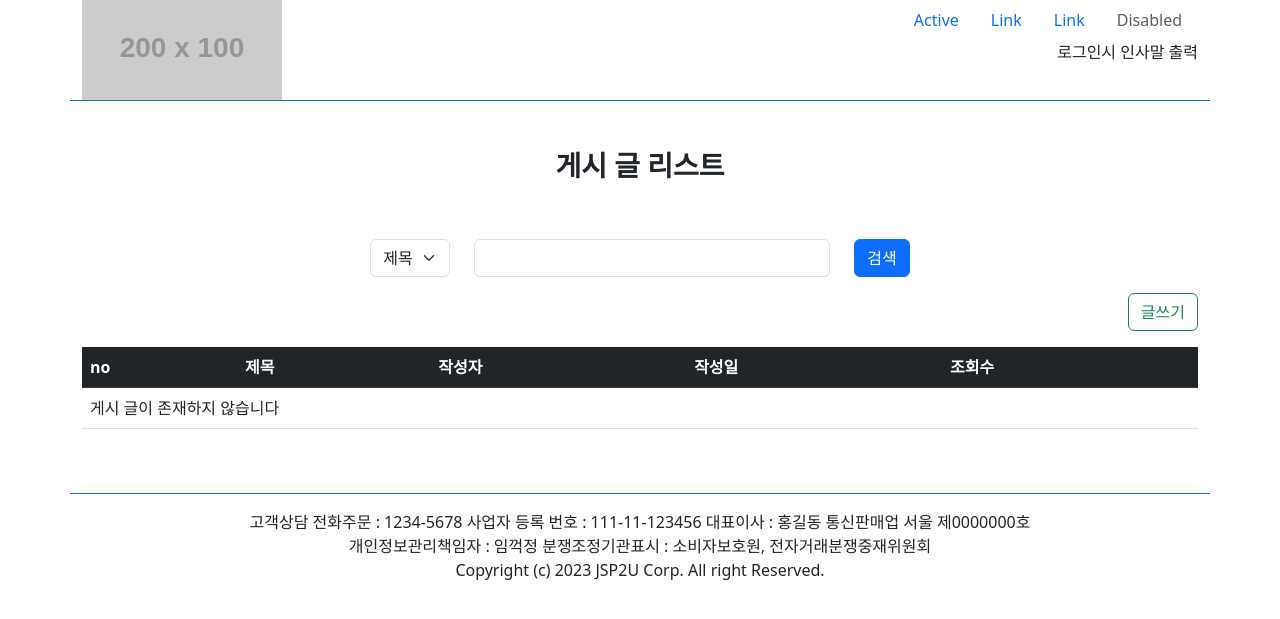
Repository: lopanghub/git_study
Page: http://localhost/JSPClassCh06/WEB-INF/board/boardList.jsp
The author's editor kept a copy of each file at every save. The page is drawn from the files as they stood at one save, then again after the next save.
The browser window is 1280 px wide. The pictures show the whole page.
The page is served by Tomcat 9. Nobody is signed in. Other server files are loaded and not shown. The template is opened directly, without the code that normally fills it, so the values that code supplies are empty.

Above is the page before, as saved 2024-04-09 06:08:57.

### JSPStudy/JSPClassCh06/src/main/webapp/WEB-INF/board/boardList.jsp
<%@page import="java.util.ArrayList"%>
<%@page import="com.jspstudy.ch06.vo.Board"%>
<%@page import="java.util.List"%>
<%@page import="java.sql.ResultSet"%>
<%@page import="java.sql.PreparedStatement"%>
<%@page import="java.sql.DriverManager"%>
<%@page import="java.sql.Connection"%>
<%@ page language="java" contentType="text/html; charset=UTF-8"
	pageEncoding="UTF-8"%>
<%@taglib prefix="c" uri="http://java.sun.com/jsp/jstl/core"%>

<!DOCTYPE html>
<html>
<head>
<meta charset="UTF-8">
<meta name="viewport" content="width=device-width, initial-scale=1">
<title>Insert title here</title>
<link href="bootstrap/bootstrap.min.css" rel="stylesheet">
</head>
<body>
	<div class="container">
		<div class="row border-bottom border-primary">
			<div class="col-4 ">
				<img src="https://via.placeholder.com/200X100">
			</div>
			<div class="col-8">
				<div class="row">
					<div class="col">
						<ul class="nav justify-content-end">
							<li class="nav-item"><a class="nav-link active"
								aria-current="page" href="#">Active</a></li>
							<li class="nav-item"><a class="nav-link" href="#">Link</a></li>
							<li class="nav-item"><a class="nav-link" href="#">Link</a></li>
							<li class="nav-item"><a class="nav-link disabled"
								aria-disabled="true">Disabled</a></li>
						</ul>
					</div>
				</div>
				<div class="row">
					<div class="col text-end">로그인시 인사말 출력</div>
				</div>

			</div>
		</div>
		<div class="row my-5">
			<div class="col text-center">
				<h2 class=" fw-bold fs-3">게시 글 리스트</h2>
			</div>

		</div>
		<form name="searchForm" id="searchForm" action="#"
			class="row justify-content-center my-3">
			<div class="col-auto">
				<select name="type" class="form-select">
					<option value="title">제목</option>
					<option value="writer">작가</option>
					<option value="content">내용</option>
				</select>
			</div>
			<div class="col-4">
				<input type="text" name="keyword" id="keyword" class="form-control">
			</div>
			<div class="col-auto">
				<input type="submit" class="btn btn-primary" value="검색">
			</div>
		</form>
		<div class="row">
			<div class="col text-end">
				<a href="writeForm" class="btn btn-outline-success">글쓰기</a>
			</div>
		</div>
		<div class="row my-3">
			<div class="col">

				<table class="table table-hover">
					<thead>
						<tr class="table-dark">
							<th>no</th>
							<th>제목</th>
							<th>작성자</th>
							<th>작성일</th>
							<th>조회수</th>
						</tr>
					</thead>
					<!-- 게시글이 있는 경우 -->
					<tbody>
						<c:if test="${not empty bList }">
							<c:forEach var="board" items="${bList }">
								<tr>
									<td>${board.no }</td>
									<td>${board.title }</td>
									<td>${board.writer }</td>
									<td>${board.regDate }</td>
									<td>${board.readCount }</td>
								</tr>
							</c:forEach>
						</c:if>
						<!-- 게시글이 없는 경우 -->
						<c:if test="${empty bList }">
							<tr>
								<td colspan="5">게시 글이 존재하지 않습니다</td>

							</tr>
						</c:if>
					</tbody>
				</table>

			</div>
		</div>
		<div class="row my-5 border-top border-primary" id="global-footer">
			<div class="col text-center py-3">
				<p>
					고객상담 전화주문 : 1234-5678 사업자 등록 번호 : 111-11-123456 대표이사 : 홍길동 통신판매업 서울
					제0000000호<br> 개인정보관리책임자 : 임꺽정 분쟁조정기관표시 : 소비자보호원, 전자거래분쟁중재위원회<br>
					Copyright (c) 2023 JSP2U Corp. All right Reserved.
			</div>
		</div>
	</div>
	<script src="bootstrap/bootstrap.bundle.min.js">

	</script>
</body>
</html>

Loaded but not shown: JSPStudy/JSPClassCh06/src/main/webapp/bootstrap/bootstrap.min.css (library); JSPStudy/JSPClassCh06/src/main/webapp/bootstrap/bootstrap.bundle.min.js (library)

After the next save:
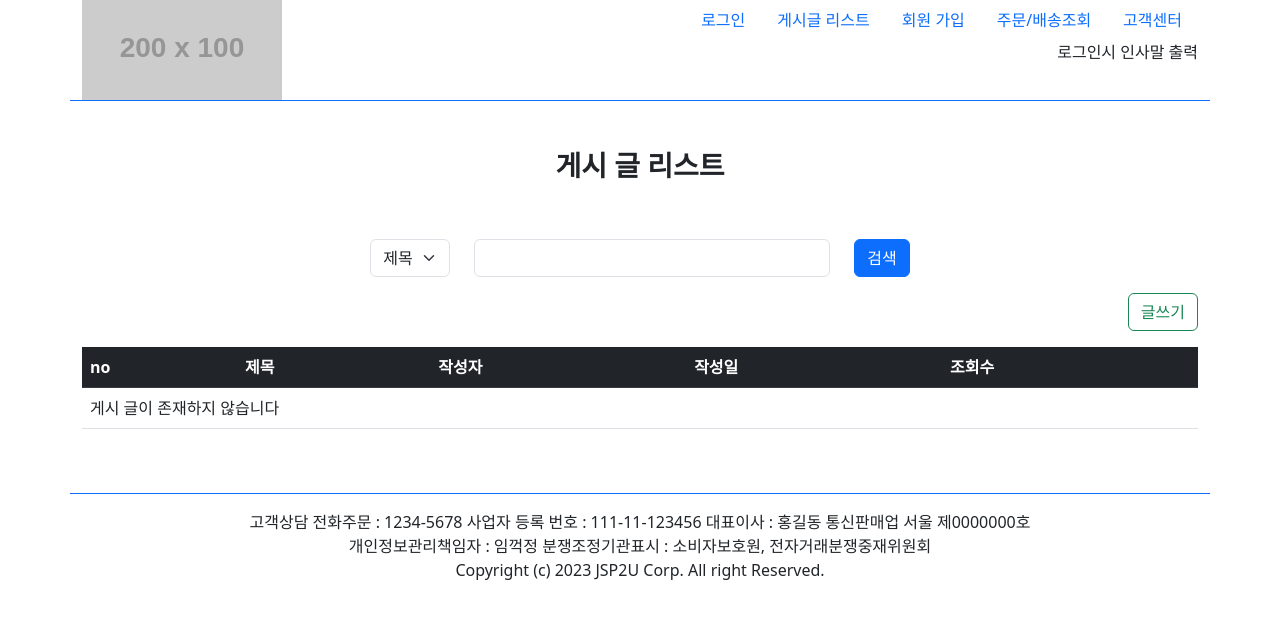
Saved 29 min 14 s later.
--- a/JSPStudy/JSPClassCh06/src/main/webapp/WEB-INF/board/boardList.jsp
+++ b/JSPStudy/JSPClassCh06/src/main/webapp/WEB-INF/board/boardList.jsp
@@ -19,20 +19,24 @@
 </head>
 <body>
 	<div class="container">
+		<!-- 헤더 -->
 		<div class="row border-bottom border-primary">
+			<!-- 임시 이미지 -->
 			<div class="col-4 ">
 				<img src="https://via.placeholder.com/200X100">
 			</div>
+			<!-- 네브바 -->
 			<div class="col-8">
 				<div class="row">
 					<div class="col">
 						<ul class="nav justify-content-end">
 							<li class="nav-item"><a class="nav-link active"
-								aria-current="page" href="#">Active</a></li>
-							<li class="nav-item"><a class="nav-link" href="#">Link</a></li>
-							<li class="nav-item"><a class="nav-link" href="#">Link</a></li>
-							<li class="nav-item"><a class="nav-link disabled"
-								aria-disabled="true">Disabled</a></li>
+								aria-current="page" href="#">로그인</a></li>
+							<li class="nav-item"><a class="nav-link" href="boardList">게시글
+									리스트</a></li>
+							<li class="nav-item"><a class="nav-link" href="#">회원 가입</a></li>
+							<li class="nav-item"><a class="nav-link" href="#">주문/배송조회</a></li>
+							<li class="nav-item"><a class="nav-link" href="#">고객센터</a></li>
 						</ul>
 					</div>
 				</div>
@@ -42,12 +46,17 @@
 
 			</div>
 		</div>
+		<!-- 헤더끝 -->
+
+		<!-- 메인 시작 -->
+		<!-- 타이틀 -->
 		<div class="row my-5">
 			<div class="col text-center">
 				<h2 class=" fw-bold fs-3">게시 글 리스트</h2>
 			</div>
+		</div>
 
-		</div>
+		<!-- 검색 폼 양식 -->
 		<form name="searchForm" id="searchForm" action="#"
 			class="row justify-content-center my-3">
 			<div class="col-auto">
@@ -64,14 +73,17 @@
 				<input type="submit" class="btn btn-primary" value="검색">
 			</div>
 		</form>
+
+		<!--  글쓰기 버튼 -->
 		<div class="row">
 			<div class="col text-end">
 				<a href="writeForm" class="btn btn-outline-success">글쓰기</a>
 			</div>
 		</div>
+
+		<!-- 테이블 -->
 		<div class="row my-3">
 			<div class="col">
-
 				<table class="table table-hover">
 					<thead>
 						<tr class="table-dark">
@@ -104,9 +116,10 @@
 						</c:if>
 					</tbody>
 				</table>
-
 			</div>
 		</div>
+
+		<!-- 푸터 -->
 		<div class="row my-5 border-top border-primary" id="global-footer">
 			<div class="col text-center py-3">
 				<p>
@@ -115,9 +128,9 @@
 					Copyright (c) 2023 JSP2U Corp. All right Reserved.
 			</div>
 		</div>
+		<!-- 푸터끝 -->
 	</div>
 	<script src="bootstrap/bootstrap.bundle.min.js">
-
 	</script>
 </body>
 </html>
